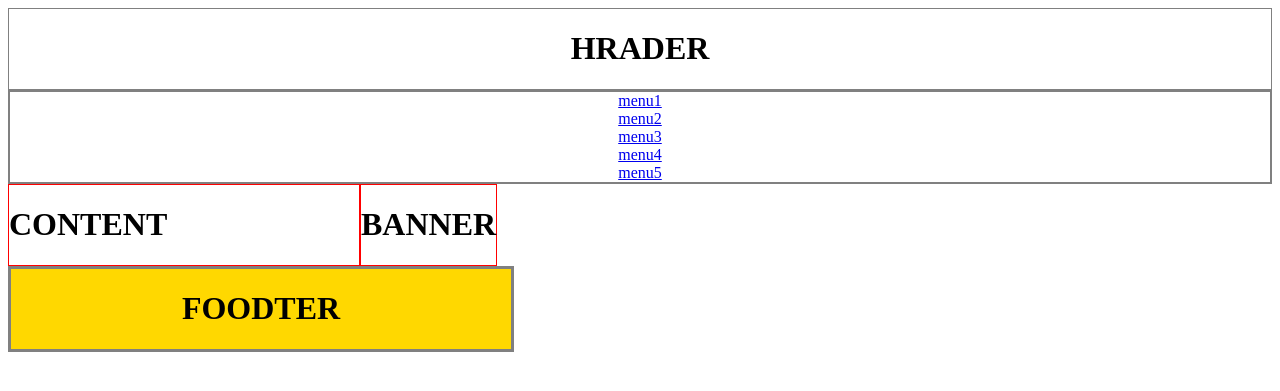
Repository: luna2222/web
Page: 01HTML5/WebContent/[11강]CSS3속성3/11_04_03Layout.html
These files come from the project's save history. The page is drawn as it stood at one moment and after the next save; the edit follows.
The browser window is 1280 px wide. The pictures show the whole page.

Above is the page before, as saved 2019-02-20 09:08:24.

After the next save:
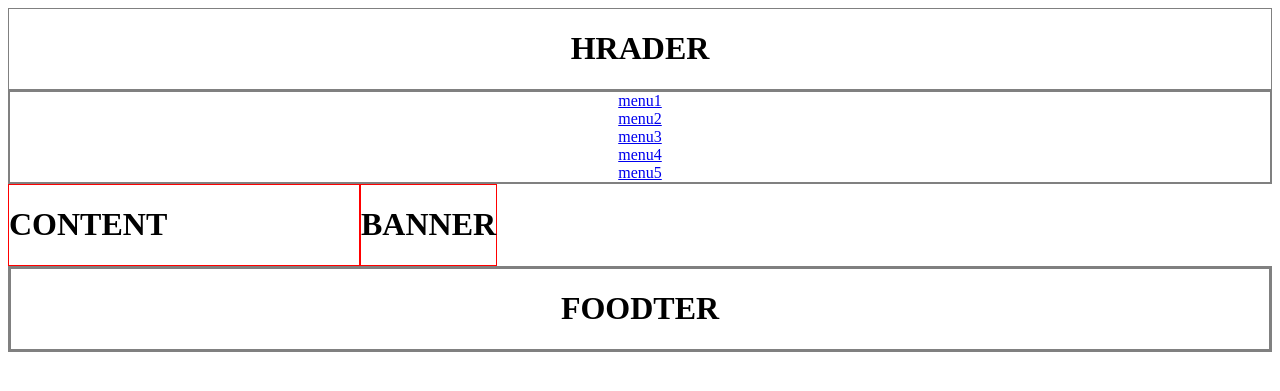
Saved 60 s later.
--- a/01HTML5/WebContent/[11강]CSS3속성3/11_04_03Layout.html
+++ b/01HTML5/WebContent/[11강]CSS3속성3/11_04_03Layout.html
@@ -28,8 +28,8 @@
 			}
 		#footer{
 			clear:both;
-			width:500px;
-			background-color:#ffd800;
+
+			background-color:#ffffff;
 			border:3px solid #808080;
 			text-align:center;
 			}
